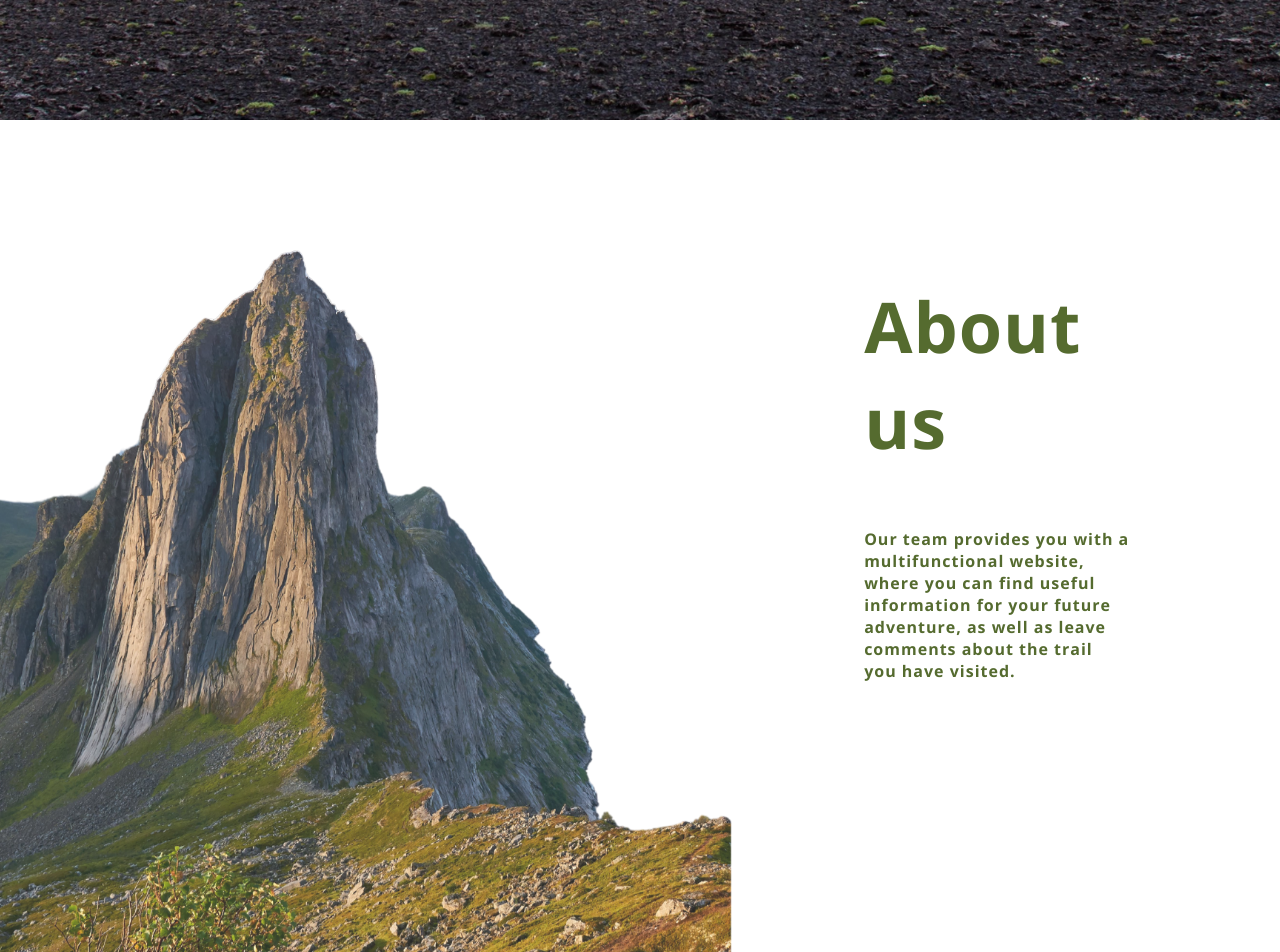
Repository: artembundin/travelrus.github.io
Page: index.html
An editor plug-in stored every save of this project. The page is shown before and after the next save, followed by the edit.
The browser window is 1280 px wide. The pictures show the part of the page from y = 2680 to 3632 px (the page is 5258 px tall).
A picture or video elsewhere on the page could not be fetched, so the positions and the page height are approximate. Backgrounds fixed to the window are drawn as part of the page. Some web fonts or font styles are not loaded; a fallback is used.

Above is the page before, as saved 2025-05-07 23:06:20.
Console error: TypeError: Cannot read properties of null (reading 'offsetTop')

After the next save:
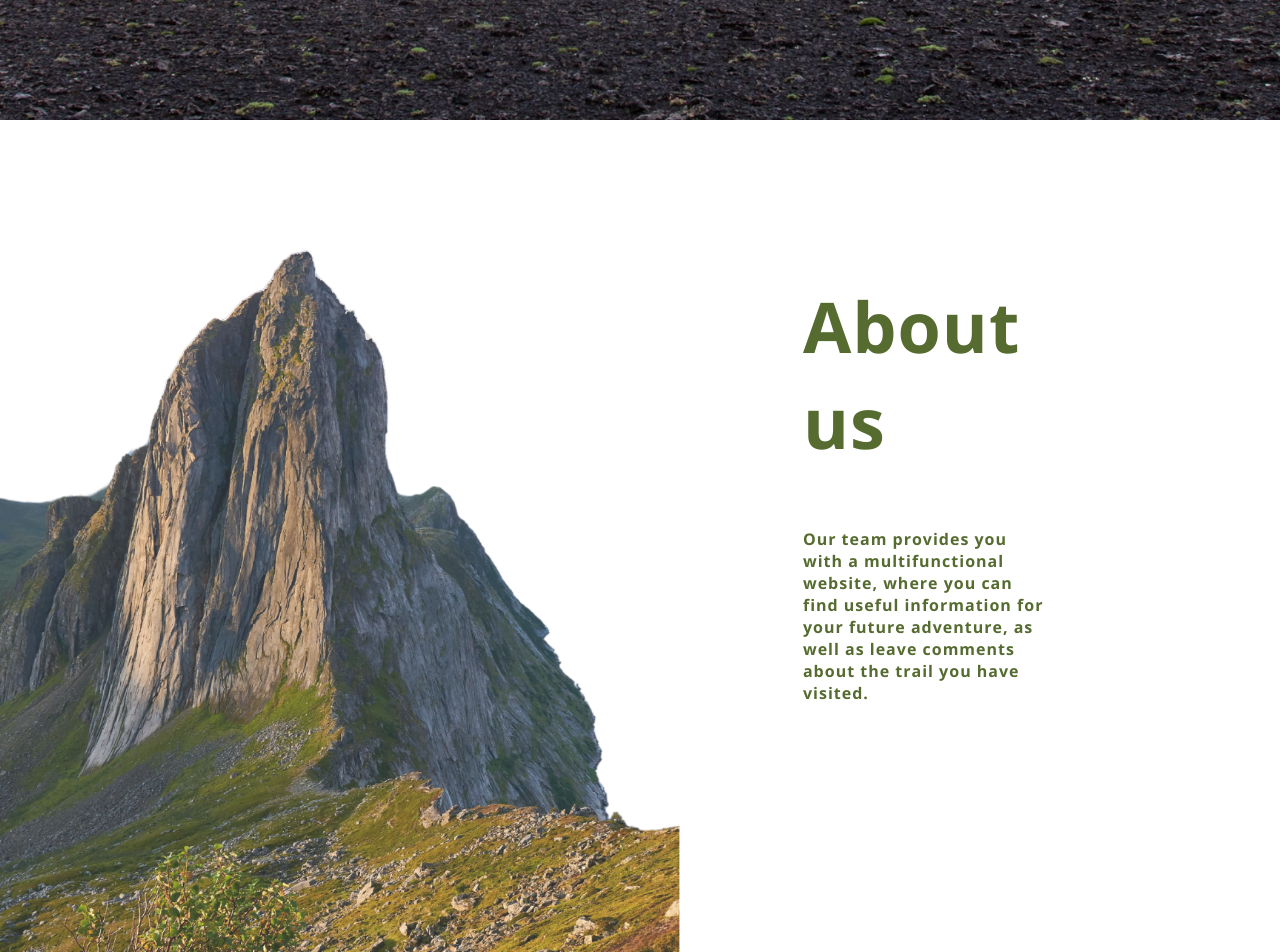
Saved 19 s later.
--- a/style.css
+++ b/style.css
@@ -388,7 +388,7 @@
 .aboutus-container {
   display: flex;
 
-  max-width: 1700px;
+  max-width: 1200px;
   height: 800px;
   margin-top: 100px;
   margin-bottom: 150px;

After the 5 saves that followed:
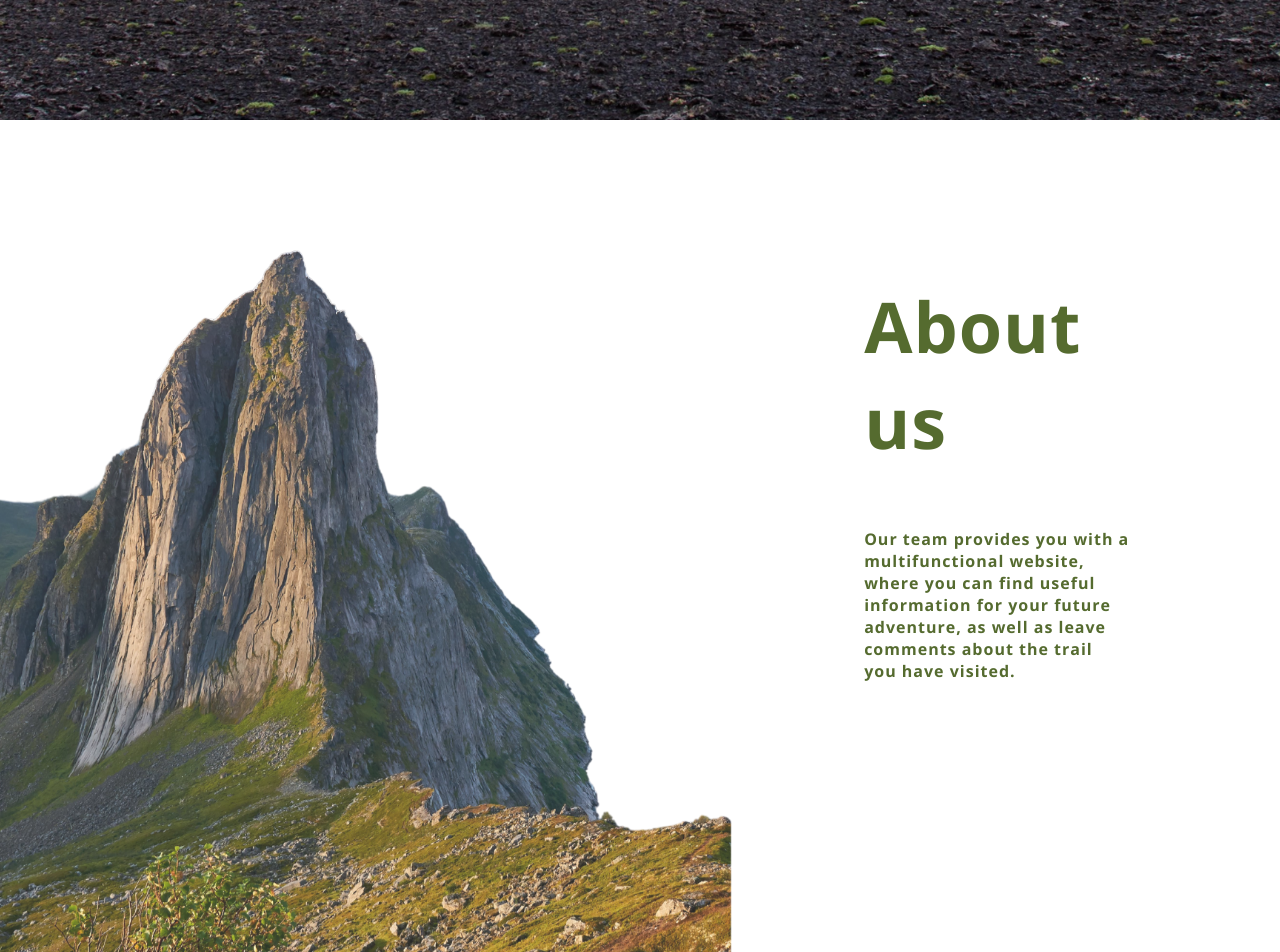
The 5 saves are shown as one change because they came seconds apart.
The last was saved 77 s later.
--- a/style.css
+++ b/style.css
@@ -77,7 +77,7 @@
   display: flex;
   flex-direction: column;
   align-items: center;
-  max-width: 1200px;
+  max-width: 1140px;
   height: 900px;
   margin-left: auto;
   margin-right: auto;
@@ -143,7 +143,7 @@
 
 .join-container {
   display: flex;
-  max-width: 1200px;
+  max-width: 1140px;
   height: 900px;
   padding: 0 15px;
 }
@@ -237,7 +237,7 @@
 }
 
 .inf-container {
-  max-width: 1200px;
+  max-width: 100px;
   height: 900px;
   padding: 0 15px;
 }
@@ -388,7 +388,7 @@
 .aboutus-container {
   display: flex;
 
-  max-width: 1200px;
+  max-width: 1700px;
   height: 800px;
   margin-top: 100px;
   margin-bottom: 150px;
